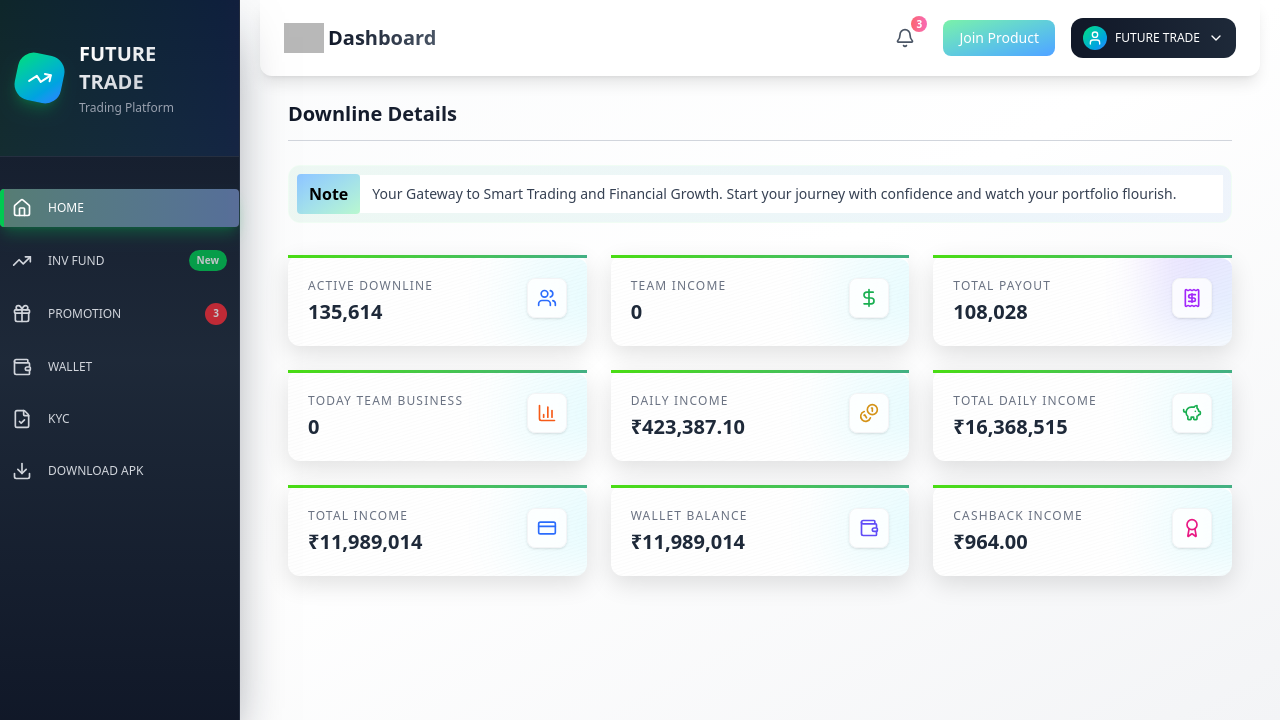
Repository: GauraVPandeyyy/Trade
Page: /
The author's editor kept a copy of each file at every save. The page is drawn from the files as they stood at one save, then again after the next save.
The browser window is 1280 px wide. The pictures show the whole page.
Pictures or frames that could not be fetched are drawn as grey boxes. The project was rebuilt for these pictures with package versions that can differ from the ones it lists, and the page was loaded fresh each time. Some packages were replaced by stand-ins written for this rebuild. Also part of the build but not shown: vite.config.js, src/pages/Home.jsx, src/pages/InvFund.jsx, src/pages/Promotion.jsx, src/pages/Wallet.jsx, src/pages/Kyc.jsx, src/pages/DownloadApk.jsx.

Above is the page before, as saved 2025-08-02 13:50:53.

After the next save:
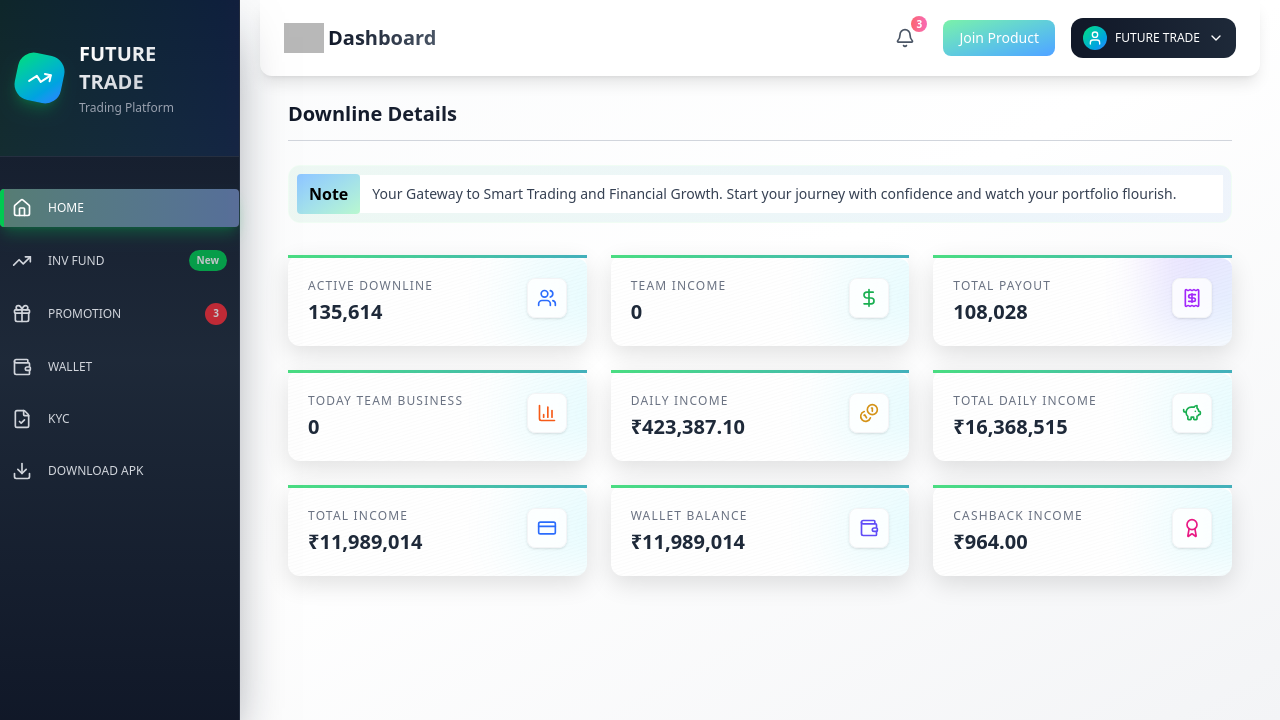
Saved 6 s later.
--- a/src/components/DashboardCard.jsx
+++ b/src/components/DashboardCard.jsx
@@ -60,7 +60,7 @@
     hover:-translate-y-2 cursor-pointer
     group
   `}
-      style={{ transitionDelay: `${delay}ms`, borderImage: 'linear-gradient(to bottom right, #4ade10, #3b82f6) 1',
+      style={{ transitionDelay: `${delay}ms`, borderImage: 'linear-gradient(to bottom right, #4ade80, #3b82f6) 1',
     borderImageSlice: 3,
 
  }}
